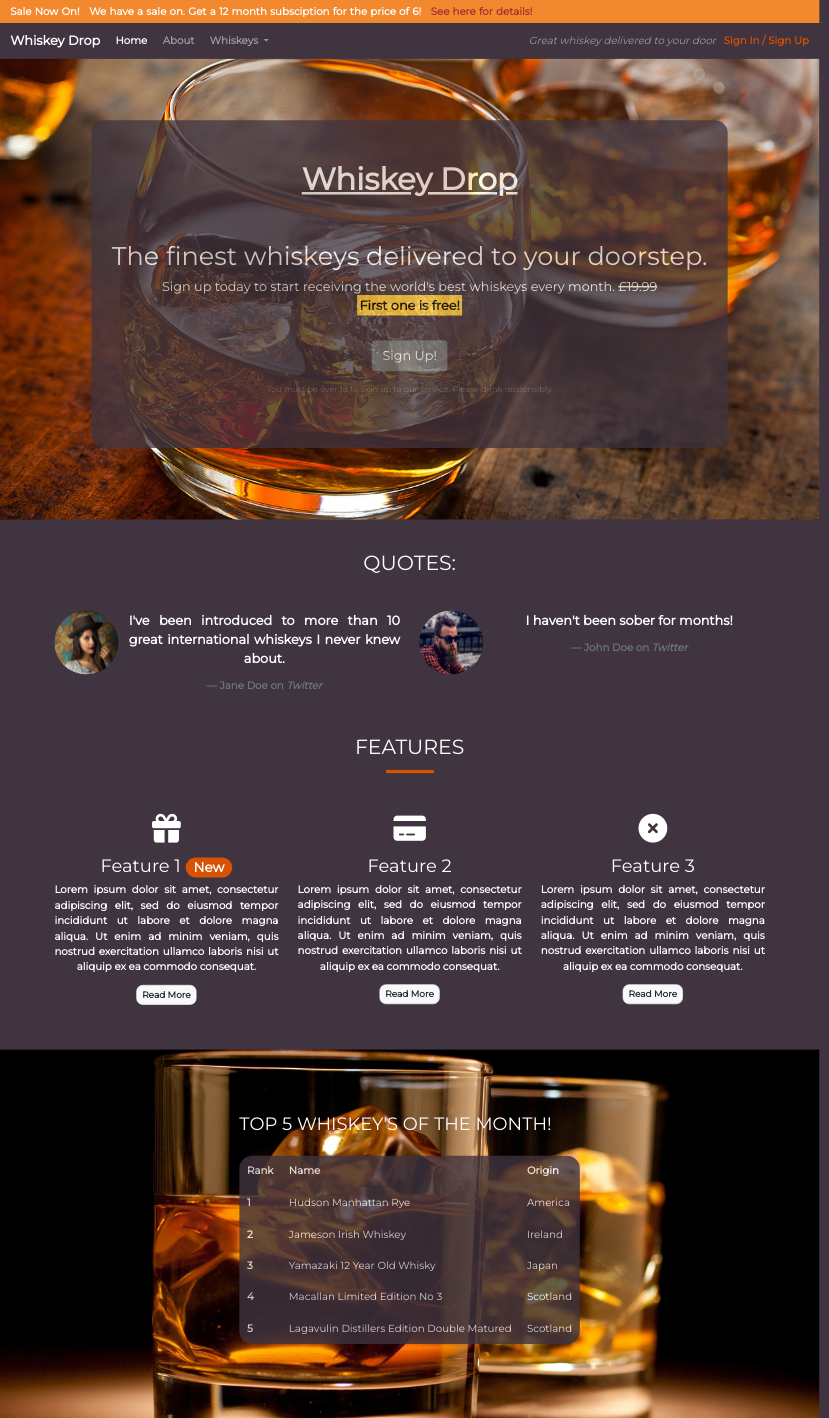
Repository: ClaireRoberts1403/Whiskey-Drop
Page: index.html
The author's editor kept a record of every edit. The page is drawn from the files as they stood at one moment, then again after the next edit.
The browser window is 1280 px wide. The page is 1295 px wide, so the pictures cover 1295 px, including what lies to the right of the window. The pictures show the whole page, at 64% of full size.
Backgrounds fixed to the window are drawn as part of the page. Some web libraries are served in a nearby version.

Above is the page before.

### index.html
<!DOCTYPE html>
<html lang="en-us">

<head>
    <meta charset="utf-8">
    <meta name="viewport" content="width=device-width, initial-scale=1.0">
    <title>Whiskey Drop | Taste a new whiskey every month</title>
    <link rel="stylesheet" href="https://maxcdn.bootstrapcdn.com/bootstrap/4.1.3/css/bootstrap.min.css">
    <script src="https://kit.fontawesome.com/90ed803b97.js" crossorigin="anonymous"></script>
    <link href="https://fonts.googleapis.com/css?family=Montserrat&display=swap" rel="stylesheet">
    <link rel="stylesheet" href="CSS/style.css" type="text/css" />
</head>

<body>
    <!--Nav-->
    <div class="container-fluid navalert-container">
        <div class="container-fluid alert-container">
            <div class="row d-none d-sm-block">
                <div class="col-12">
                    <div class="alert alert-warning">
                        <strong>Sale Now On!</strong>&nbsp&nbsp We have a sale on. Get a 12 month subsciption for the price of 6! &nbsp <a class="a1" href="">See here for details!</a>
                    </div>
                </div>
            </div>
            <nav class="navbar navbar-dark navbar-expand-sm bg-dark">
                <a href="/" class="navbar-brand">Whiskey Drop</a>
                <button class="navbar-toggler ml-auto" type="button" data-toggle="collapse" data-target="#navbarNavDropdown" aria-controls="navbarNavDropdown" aria-expanded="false" aria-label="Toggle navigation">
        <span class="navbar-toggler-icon"></span></button>

                <div class="collapse navbar-collapse" id="navbarNavDropdown">
                    <ul class="navbar-nav mr-auto">
                        <li class="active nav-item mr-2"><a class="nav-link" href="/">Home</a></li>
                        <li class="nav-item mr-2"><a class="nav-link" href="">About</a></li>
                        <li class="nav-item dropdown">
                            <a class="nav-link dropdown-toggle" href="#" id="navbarDropdownMenuLink" role="button" data-toggle="dropdown" aria-haspopup="true" aria-expanded="false">
                        Whiskeys
                        </a>
                            <div class="dropdown-menu" aria-labelledby="navbarDropdownMenuLink">
                                <a class="dropdown-item" href="#">Irish</a>
                                <a class="dropdown-item" href="#">Scotch</a>
                                <a class="dropdown-item" href="#">Japanese</a>
                                <a class="dropdown-item" href="#">American</a>

                        </li>
                        <li class="nav-item mr-2 d-block d-sm-none"><a class="nav-link" href="">Sign In / Sign Up</a></li>
                    </ul>
                    </div>
                    <div class="d-none d-md-none d-lg-block">
                        <p class="navbar-text my-auto mr-2"><i>Great whiskey delivered to your door</i></p>
                        <a class="a" href="/login">Sign In / Sign Up</a>
                    </div>
            </nav>
            <!--</nav>-->

            </div>
            <!-- Callout -->
            <div class="container-fluid callout-container">
                <div class="row">
                    <div class="col-12">
                        <section class="jumbotron text-center">
                            <h1 class="jumbotron-header1">Whiskey Drop<br><br></h1>
                            <h1 class="jumbotron-header">The finest whiskeys delivered to your doorstep.</h1>
                            <p class="lead">Sign up today to start receiving the world's best whiskeys every month.
                                <s class="d-none d-sm-inline">£19.99</s>
                                <span class="d-inline d-sm-none"><br></span>
                                <br><strong><mark>First one is free!</mark></strong></p><br>
                            <p>
                                <button class="btn btn-lg btn-secondary" data-toggle="modal" data-target="#signUpModal">
                        Sign Up!
                        </button>
                            </p>
                            <p class="text-muted"><small>You must be over 18 to sign up to our service. Please drink responsibly.</small>
                            </p>
                        </section>
                    </div>
                </div>
            </div>
            <!-- /.callout -->

            <!-- Quotes -->
            <div class="container quotes-container">
                <section class="quotes">
                    <div class="row">
                        <div class="col-12 my-5">
                            <h2 class="text-uppercase">Quotes:</h2>
                        </div>
                    </div>
                    <div class="row ">
                        <div class="col-12 col-md-6">
                            <div class="media">
                                <div class="d-none d-sm-block">
                                    <img src="images/girl-image.png" class="rounded-circle mr-3" height=100 width=100>
                                </div>
                                <div class="media-body">
                                    <blockquote class="blockquote">
                                        <p>I've been introduced to more than 10 great international whiskeys I never knew about.</p>
                                        <footer class="blockquote-footer">Jane Doe on <cite title="Twitter">Twitter</cite></footer>
                                    </blockquote>
                                </div>
                            </div>
                        </div>
                        <div class="col-12 col-md-6">
                            <div class="media">
                                <div class="d-none d-sm-block">
                                    <img src="images/guy-image.png" class="rounded-circle mr-3" height=100 width=100>
                                </div>
                                <div class="media-body">
                                    <blockquote class="blockquote">
                                        <p>I haven't been sober for months!</p>
                                        <footer class="blockquote-footer">John Doe on <cite title="Twitter">Twitter</cite></footer>
                                    </blockquote>
                                </div>
                            </div>
                        </div>
                    </div>
                </section>

            </div>
            <!-- /.quotes -->

            <!-- Features -->
            <div class="container features-container">
                <section class="features">
                    <div class="row">
                        <div class="col-12 my-5">
                            <h2 class="text-uppercase">Features</h2>
                            <hr class="block-divider">
                        </div>
                    </div>
                    <div class="row">
                        <div class="col-12 col-md-6 col-lg-4">
                            <div class="feature ">
                                <h3><i class="fas fa-gift d-none d-sm-block"></i>Feature 1&nbsp<span class="badge badge-pill badge-secondary">New</span></h3>
                                <p>Lorem ipsum dolor sit amet, consectetur adipiscing elit, sed do eiusmod tempor incididunt ut labore et dolore magna aliqua. Ut enim ad minim veniam, quis nostrud exercitation ullamco laboris nisi ut aliquip ex ea commodo
                                    consequat.</p>
                                <p><a class="btn btn-sm btn-light " href="#">Read More</a></p>
                            </div>
                        </div>
                        <div class="col-12 col-md-6 col-lg-4 ">
                            <div class="feature">
                                <h3><i class="fas fa-credit-card d-none d-sm-block"></i>Feature 2</h3>
                                <p>Lorem ipsum dolor sit amet, consectetur adipiscing elit, sed do eiusmod tempor incididunt ut labore et dolore magna aliqua. Ut enim ad minim veniam, quis nostrud exercitation ullamco laboris nisi ut aliquip ex ea commodo
                                    consequat.</p>
                                <p><a class="btn btn-sm btn-light" href="#">Read More</a></p>
                            </div>
                        </div>
                        <div class="col-12 d-md-none d-lg-block col-lg-4">
                            <div class="feature">
                                <h3><i class="fas fa-times-circle d-none d-sm-block"></i>Feature 3</h3>
                                <p>Lorem ipsum dolor sit amet, consectetur adipiscing elit, sed do eiusmod tempor incididunt ut labore et dolore magna aliqua. Ut enim ad minim veniam, quis nostrud exercitation ullamco laboris nisi ut aliquip ex ea commodo
                                    consequat.</p>
                                <p><a class="btn btn-sm btn-light" href="#">Read More</a></p>
                            </div>
                        </div>
                    </div>
                </section>
            </div>

            <!-- /Features -->
            <br>
            <!-- Favourites -->
            <div class="container-fluid favourites-container">
                <div class="row">
                    <div class="col-12 my-5">
                        <section>
                            <table class="table table-dark">
                                <thead>
                                    <h3 class="text-uppercase">Top 5 Whiskey's of the Month!</h3>
                                    <br>
                                    <tr>
                                        <th scope="col">Rank</th>
                                        <th scope="col">Name</th>
                                        <th scope="col">Origin</th>
                                    </tr>
                                </thead>
                                <tbody>
                                    <tr>
                                        <th scope="row">1</th>
                                        <td>Hudson Manhattan Rye</td>
                                        <td>America</td>
                                    </tr>
                                    <tr>
                                        <th scope="row">2</th>
                                        <td>Jameson Irish Whiskey</td>
                                        <td>Ireland</td>
                                    </tr>
                                    <tr>
                                        <th scope="row">3</th>
                                        <td>Yamazaki 12 Year Old Whisky</td>
                                        <td>Japan</td>
                                    </tr>
                                    <tr>
                                        <th scope="row">4</th>
                                        <td>Macallan Limited Edition No 3</td>
                                        <td>Scotland</td>
                                    </tr>
                                    <tr>
                                        <th scope="row">5</th>
                                        <td>Lagavulin Distillers Edition Double Matured</td>
                                        <td>Scotland</td>
                                    </tr>
                                </tbody>
                            </table>
                        </section>
                    </div>
                </div>
            </div>
            <!-- /Favourites -->


            <!-- Modal -->
            <div class="modal" tabindex="-1" role="dialog" id="signUpModal">
                <div class="modal-dialog " role="document">
                    <div class="modal-content">
                        <div class="modal-header">
                            <h5 class="modal-title">Sign Up to Whiskey Drop!</h5>
                            <button type="button" class="close" data-dismiss="modal" aria-label="Close">
          <span aria-hidden="true">&times;</span>
        </button>
                        </div>
                        <div class="modal-body">
                            <p>
                                <form>
                                    <div class="form-group">
                                        <label for="exampleInputEmail1">Email address</label>
                                        <input type="email" class="form-control" id="exampleInputEmail1" aria-describedby="emailHelp" placeholder="Enter email">
                                        <small id="emailHelp" class="form-text text-muted">We'll never share your email with anyone else.</small>
                                    </div>
                                    <div class="form-group">
                                        <label for="password">Password</label>
                                        <input type="password" class="form-control" id="password" placeholder="Password">
                                    </div>
                                    <div class="form-group">
                                        <label for="repeatPassword">Repeat Password</label>
                                        <input type="password" class="form-control" id="repeatPassword" placeholder="Repeat Password">
                                    </div>
                                    <button type="submit" class="btn btn-secondary">Submit</button>
                                </form>
                            </p>
                        </div>
                    </div>
                </div>
            </div>
            <!-- /Modal -->
</body>
<script src="https://code.jquery.com/jquery-3.3.1.slim.min.js " integrity="sha384-q8i/X+965DzO0rT7abK41JStQIAqVgRVzpbzo5smXKp4YfRvH+8abtTE1Pi6jizo " crossorigin="anonymous "></script>
<script src="https://cdnjs.cloudflare.com/ajax/libs/popper.js/1.14.7/umd/popper.min.js " integrity="sha384-UO2eT0CpHqdSJQ6hJty5KVphtPhzWj9WO1clHTMGa3JDZwrnQq4sF86dIHNDz0W1 " crossorigin="anonymous "></script>
<script src="https://stackpath.bootstrapcdn.com/bootstrap/4.3.1/js/bootstrap.min.js " integrity="sha384-JjSmVgyd0p3pXB1rRibZUAYoIIy6OrQ6VrjIEaFf/nJGzIxFDsf4x0xIM+B07jRM " crossorigin="anonymous "></script>

</html>

### CSS/style.css
body {
    font-family: 'Montserrat', sans-serif;
    background-color: #3F343F;
    margin-top: 2em;
}

/* Nav */

.navbar {
    background-color: #3F343F!important;
}

.a {
    color: #D85204;
    text-decoration: none;
    background-color: transparent;
    font-weight: bold;
}

.a1 {
    color: #A53131;
    text-decoration: none;
    background-color: transparent;
    font-weight: bold;
}

.a1:hover {
    color: #D85204;
}

.a:hover {
    color: #F24C26;
}

.navbar-brand {
    font-weight: bold;
}

.navalert-container {
    position: absolute;
    top: 0;
    left: 0;
    z-index: 1;
    padding-left: 0;
    padding-right: 0;
}

.navbar {
    margin-bottom: 0;
    width: 100%;
    background-color: #3F343F;
    border: 0;
}

.navbar .navbar-toggler {
    border: 0;
}

.navbar .navbar-brand {
    font-weight: bold;
}

.navbar .navbar-nav a {
    font-weight: bold;
}

.dropdown-item {
    color: #3F343F;
}

.dropdown-item:hover {
    background-color: #D6C9C1;
}


/* Containers */

.alert-container {
    padding: 0;
}

.alert-warning {
    border-radius: 0;
    margin-bottom: 0;
    padding: 5px 15px;
    background-color: #F2892E;
    border-color: #F2892E;
    color: white;
    font-weight: bold;
    word-spacing: 0.05em;
}

.callout-container {
    height: 100vh;
    background: url('../images/bourbon-on-the-rocks.jpg') no-repeat center center fixed;
    -webkit-background-size: cover;
    -moz-background-size: cover;
    -o-background-size: cover;
    background-size: cover;

    display: flex;
    align-items: center;
    justify-content: center;

    position: relative;
}


.callout-container .mark, mark {
    background-color: #ffce3b;
    font-weight: bold;
}


.quotes-container {
    background-color: #3F343F;
    color: white;
    font-weight: bold;
    background-size: cover;
    display: flex;
    align-items: center;
    justify-content: center;
    text-align-last: center;
    text-align: justify;
    position: relative;

}

.features-container {
    color: white;
    font-weight: bold;
    text-align-last: center;
    text-align: justify;
}


/* Features*/

.features .btn {
    border-radius: 10px;
    font-weight: bold;
}

.feature i {
    margin-bottom: 20px;
    font-size: 45px;
    line-height: 45px;
}

.badge-secondary {
    background-color: #D85204;
}

/* Block dividers */

.block-divider {
    width: 75px;
    height: 5px;
    border: 0;
    background-color: #D85204;
}



/* Favourites */

.favourites-container {
    margin-top: 30px;
    display: flex;
    align-items: center;
    justify-content: center;
    height: 80vh;
    color: white;
    background: url('../images/whisky-glass.jpg') no-repeat center center fixed;
    -webkit-background-size: cover;
    -moz-background-size: cover;
    -o-background-size: cover;
    background-size: cover;

}

.table-dark {
    background-color: #3F343F;
    opacity: 0.8;
    border-radius: 20px;
    border-color: transparent;
    border: hidden;
}

/* Jumbotron */

.jumbotron {
    background-color: #3F343F;
    opacity: 0.75;
    margin-top: 1em;
    border-radius: 20px;
    color: white;
}

@media (max-width:430px) {
    .jumbotron {
        margin-top: 10%;
    }
}

@media (max-width:417px){
    .jumbotron {
        margin-top: 30%;
    }
}


.jumbotron text-center jumbotron-header {
    color: white;
    font-weight: bold;
    margin-bottom: 30px;
}

.jumbotron-header1 {
    color: white;
    font-weight: bolder;
    text-shadow: 2px 2px 2px #3F343F;
    font-size: 3em;
    text-decoration: underline;
}

@media (min-width:760px) {

    .jumbotron:hover {
        font-size: 1.5em;
        transition-duration: 2s;
        transition-timing-function: ease-in-out;
        opacity: 0.85;
    }

}

After the next edit:
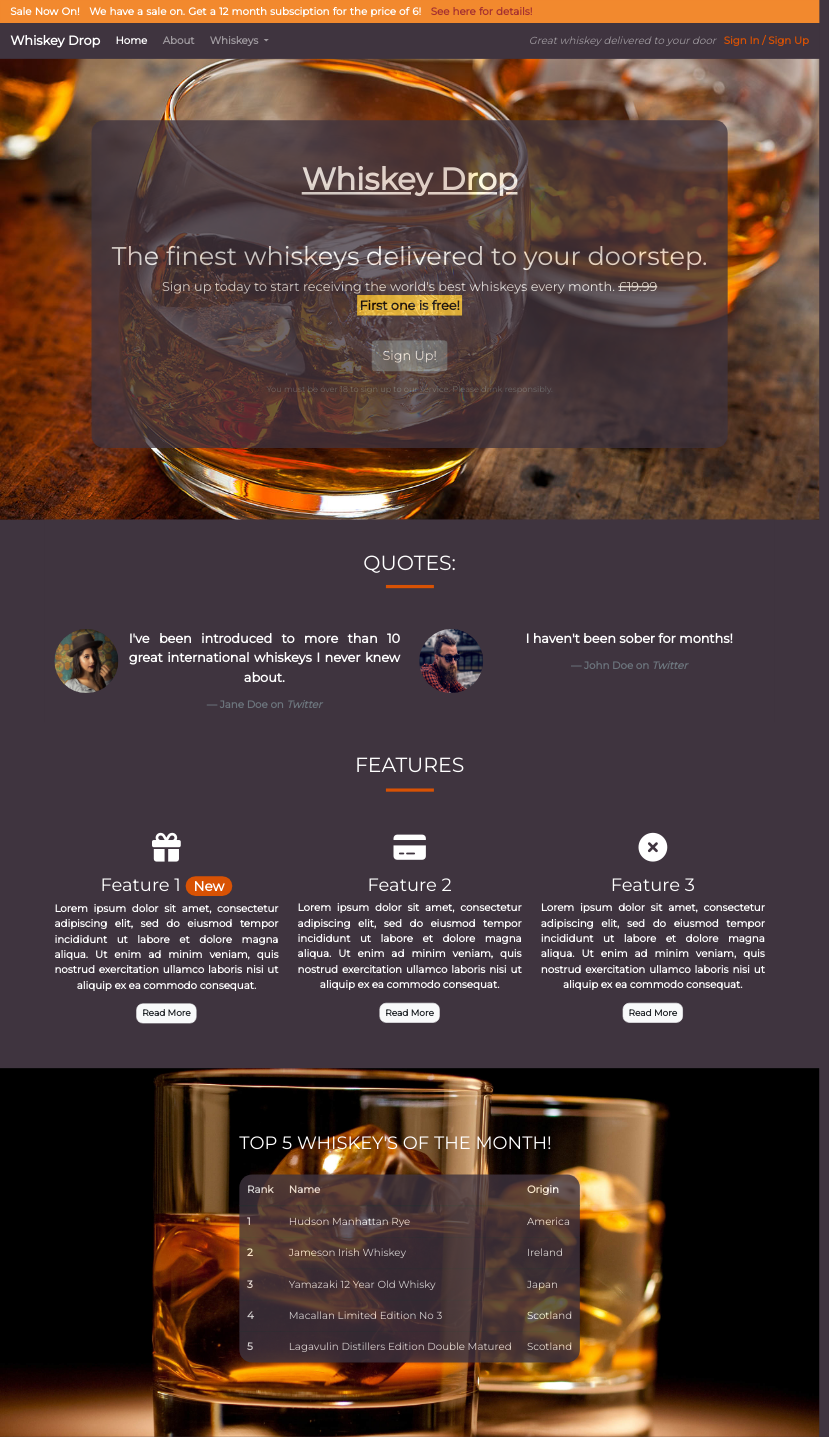
The edit:
--- a/index.html
+++ b/index.html
@@ -83,6 +83,7 @@
                     <div class="row">
                         <div class="col-12 my-5">
                             <h2 class="text-uppercase">Quotes:</h2>
+                            <hr class="block-divider">
                         </div>
                     </div>
                     <div class="row ">
@@ -132,7 +133,8 @@
                             <div class="feature ">
                                 <h3><i class="fas fa-gift d-none d-sm-block"></i>Feature 1&nbsp<span class="badge badge-pill badge-secondary">New</span></h3>
                                 <p>Lorem ipsum dolor sit amet, consectetur adipiscing elit, sed do eiusmod tempor incididunt ut labore et dolore magna aliqua. Ut enim ad minim veniam, quis nostrud exercitation ullamco laboris nisi ut aliquip ex ea commodo
-                                    consequat.</p>
+                                    consequat.
+                                </p>
                                 <p><a class="btn btn-sm btn-light " href="#">Read More</a></p>
                             </div>
                         </div>
@@ -140,7 +142,8 @@
                             <div class="feature">
                                 <h3><i class="fas fa-credit-card d-none d-sm-block"></i>Feature 2</h3>
                                 <p>Lorem ipsum dolor sit amet, consectetur adipiscing elit, sed do eiusmod tempor incididunt ut labore et dolore magna aliqua. Ut enim ad minim veniam, quis nostrud exercitation ullamco laboris nisi ut aliquip ex ea commodo
-                                    consequat.</p>
+                                    consequat.
+                                </p>
                                 <p><a class="btn btn-sm btn-light" href="#">Read More</a></p>
                             </div>
                         </div>
@@ -148,7 +151,8 @@
                             <div class="feature">
                                 <h3><i class="fas fa-times-circle d-none d-sm-block"></i>Feature 3</h3>
                                 <p>Lorem ipsum dolor sit amet, consectetur adipiscing elit, sed do eiusmod tempor incididunt ut labore et dolore magna aliqua. Ut enim ad minim veniam, quis nostrud exercitation ullamco laboris nisi ut aliquip ex ea commodo
-                                    consequat.</p>
+                                    consequat.
+                                </p>
                                 <p><a class="btn btn-sm btn-light" href="#">Read More</a></p>
                             </div>
                         </div>
